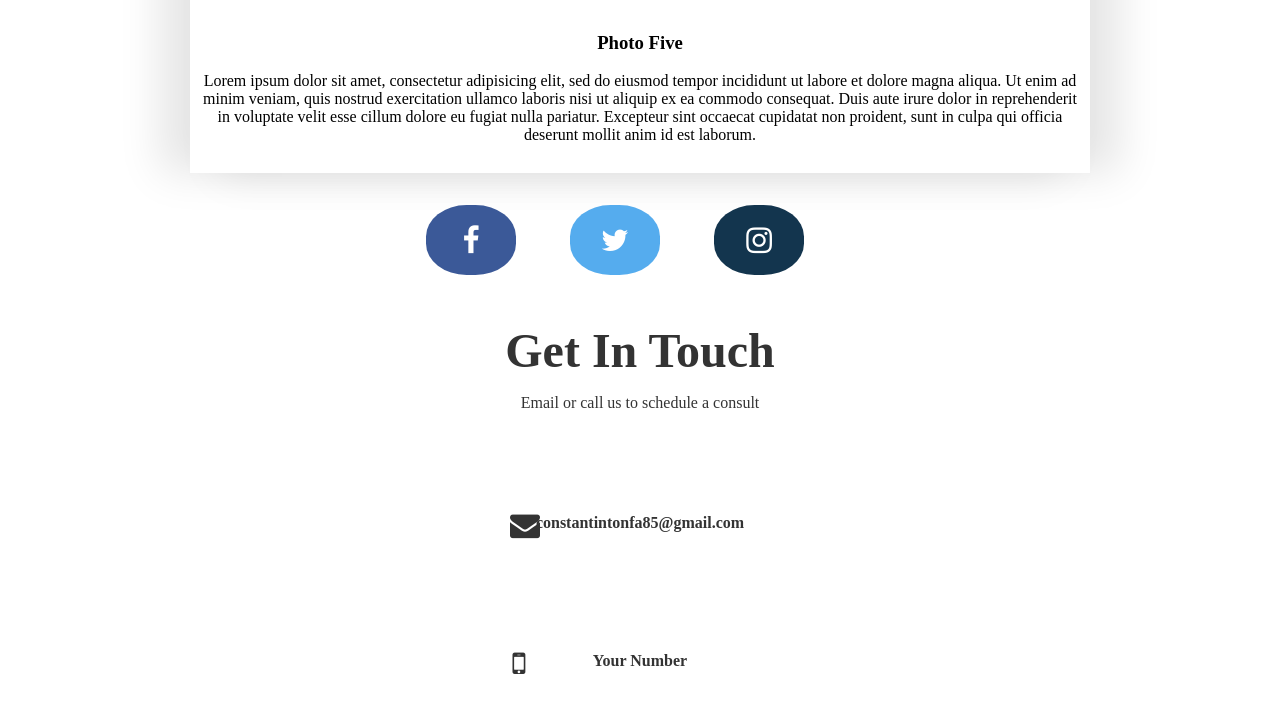
Repository: konstantin0s/mobile-photography
Page: index.html
The author's editor kept a copy of each file at every save. The page is drawn from the files as they stood at one save, then again after the next save.
The browser window is 1280 px wide. The pictures show the part of the page from y = 4062 to 4806 px (the page is 4788 px tall before and 4806 px after).

Above is the page before, as saved 2019-05-16 20:18:18.

### index.html
<!DOCTYPE html>
<html lang="en" dir="ltr">
  <head>
    <meta charset="utf-8">
    <meta name="viewport" content="width=device-width, initial-scale=1.0">
    <meta http-equiv="X-UA-Compatible" content="ie=edge">
    <link rel="stylesheet" href="https://cdnjs.cloudflare.com/ajax/libs/font-awesome/4.7.0/css/font-awesome.min.css">
    <link rel="stylesheet" href="css/style.css">

    <title>Mobile Photography</title>
  </head>
  <body>
<main>
  <div id="landing" class="">
    <div id="landing-text" class="">
      <div id="landing-text-inner" class="">
       <img id="logo" src="img/logos.png" />
       <h1>Photography</h1>
        <a href="#images" class="btn" id="view-work">
          View Work
        </a>
      </div>
    </div>
    <div id="landing-image" class="">

    </div>
  </div>

  <div id="images" class="">
<div id="header">
  <h2>Our Work</h2>
</div>
<img src="https://source.unsplash.com/1600x900/?nature,water" alt="">
<div class="caption">
  <h3>Photo One</h3>
  <p>
    Lorem ipsum dolor sit amet, consectetur adipisicing elit, sed do eiusmod tempor incididunt ut labore et dolore magna aliqua. Ut enim ad minim veniam, quis nostrud exercitation ullamco laboris nisi ut aliquip ex ea commodo consequat. Duis aute irure dolor in reprehenderit in voluptate velit esse cillum dolore eu fugiat nulla pariatur. Excepteur sint occaecat cupidatat non proident, sunt in culpa qui officia deserunt mollit anim id est laborum.

  </p>
</div>

<img src="https://source.unsplash.com/1600x900/?nature,clouds" alt="">
<div class="caption">
  <h3>Photo Two</h3>
  <p>
    Lorem ipsum dolor sit amet, consectetur adipisicing elit, sed do eiusmod tempor incididunt ut labore et dolore magna aliqua. Ut enim ad minim veniam, quis nostrud exercitation ullamco laboris nisi ut aliquip ex ea commodo consequat. Duis aute irure dolor in reprehenderit in voluptate velit esse cillum dolore eu fugiat nulla pariatur. Excepteur sint occaecat cupidatat non proident, sunt in culpa qui officia deserunt mollit anim id est laborum.

  </p>
</div>

<img src="https://source.unsplash.com/1600x900/?nature,animals" alt="">
<div class="caption">
  <h3>Photo Three</h3>
  <p>
    Lorem ipsum dolor sit amet, consectetur adipisicing elit, sed do eiusmod tempor incididunt ut labore et dolore magna aliqua. Ut enim ad minim veniam, quis nostrud exercitation ullamco laboris nisi ut aliquip ex ea commodo consequat. Duis aute irure dolor in reprehenderit in voluptate velit esse cillum dolore eu fugiat nulla pariatur. Excepteur sint occaecat cupidatat non proident, sunt in culpa qui officia deserunt mollit anim id est laborum.

  </p>
</div>

<img src="https://source.unsplash.com/1600x900/?nature,trees" alt="">
<div class="caption">
  <h3>Photo Four/h3>
  <p>
    Lorem ipsum dolor sit amet, consectetur adipisicing elit, sed do eiusmod tempor incididunt ut labore et dolore magna aliqua. Ut enim ad minim veniam, quis nostrud exercitation ullamco laboris nisi ut aliquip ex ea commodo consequat. Duis aute irure dolor in reprehenderit in voluptate velit esse cillum dolore eu fugiat nulla pariatur. Excepteur sint occaecat cupidatat non proident, sunt in culpa qui officia deserunt mollit anim id est laborum.

  </p>
</div>

<img src="https://source.unsplash.com/1600x900/?nature,flowers" alt="">
<div class="caption">
  <h3>Photo Five</h3>
  <p>
    Lorem ipsum dolor sit amet, consectetur adipisicing elit, sed do eiusmod tempor incididunt ut labore et dolore magna aliqua. Ut enim ad minim veniam, quis nostrud exercitation ullamco laboris nisi ut aliquip ex ea commodo consequat. Duis aute irure dolor in reprehenderit in voluptate velit esse cillum dolore eu fugiat nulla pariatur. Excepteur sint occaecat cupidatat non proident, sunt in culpa qui officia deserunt mollit anim id est laborum.

  </p>
</div>

  </div>

</main>

<footer>
   <div class="socialIcon">
      <a href="#" class="fa fa-facebook"></a>
    <a href="#" class="fa fa-twitter"></a>
    <a href="#" class="fa fa-instagram"></a>
   </div>

  <h3>Get In Touch</h3>
  <p>Email or call us to schedule a consult</p>
 <div class="container">
    <i class="fa fa-envelope fa-5x" aria-hidden="true"></i
      ><p><strong>constantintonfa85@gmail.com</strong>
    </p> <br />
    <i class="fa fa-mobile fa-5x" aria-hidden="true"></i>
     <p> <strong>Your Number</strong></p>
 </div>
</footer>
<script
src="https://code.jquery.com/jquery-3.3.1.min.js"
integrity="sha256-FgpCb/KJQlLNfOu91ta32o/NMZxltwRo8QtmkMRdAu8="
crossorigin="anonymous"></script>
<script type="text/javascript" src="js/main.js">

</script>
  </body>
</html>

### css/style.css
import url('https://fonts.googleapis.com/css?family=Open+Sans');

body {
  font-family: 'Open Sans', sans-serif;
  margin: 0;
  background-color: #eee;
  height: auto;
}

h1{
  font-weight: 400;
  font-size: 2.5rem;
  text-transform: uppercase;
  margin: 0;
  border-bottom: 1px solid black;
  top: -90px;
  position: relative;
}

h2 {
  font-weight: 400;
  font-size: 1.2rem;
  text-transform: capitalize;
  margin: 0;
}

img {
  display: block;
  width: 100%;
}

#logo {
  top: -80px;
  position: relative;
}

main {
  max-width: 900px;
  margin: auto;
  box-shadow: 30px 0px 40px rgba(0,0,0,0.1), -30px 0px 40px rgba(0,0,0,0.1);
}

#landing {
  background: #fff;
  }

#landing-text {
display: flex;
flex: 0 1 40vw;
height: 50vh;
justify-content: center;
align-items: center;
text-align: center;
padding-right: 1rem;
padding-left: 1rem;
}

#landing-text h2 {
  color: #888;
}
.btn {
  padding: 0.5rem 2rem;
  border: 1px #ccc solid;
  display: inline-block;
  margin: 2rem 0 0;
  border-radius: 50px;
  text-decoration: none;
  color: #333;
  transition: background 500ms ease;
}

#landing-image {
  background: url(https://source.unsplash.com/De8wMYoSSBc);
  background-position: center;
  background-size: cover;
  background-repeat: no-repeat;
  height: 50vh;
  flex: 0 1 60vw;
  margin: 0;
}

.btn:hover {
  background: #f4f4f4;
}

#header {
  padding: 1.5rem;
  text-align: center;
  background: #333;
  color: #fff;
}

#header h2 {
  border-left: dotted 1px #fff;
  border-right: dotted 1px #fff;
display: inline-block;
padding-right: 1rem;
padding-left: 1rem;
}

.caption {
  padding: 0.8rem;
  text-align: center;
}

footer {
  text-align: center;
  padding: 2rem 1rem;
  margin: auto;
  color: #333;
}

footer h3 {
  font-size: 3rem;
  margin-bottom: 0;
}

.fa {
  padding: 20px;
  margin-right: 50px;
  font-size: 30px;
  width: 50px;
  text-align: center;
  text-decoration: none;
  border-radius: 45%;
}

/* Add a hover effect if you want */
.fa:hover {
  opacity: 0.7;
}

/* Set a specific color for each brand */

/* Facebook */
.fa-facebook {
  background: #3B5998;
  color: white;
}

/* Twitter */
.fa-twitter {
  background: #55ACEE;
  color: white;
}

/* Instagram */
.fa-instagram {
  background: rgb(19, 53, 78);
  color: white;
}

/* Email & Phone*/

.fa-envelope {
  position: relative;
  left:-90px;
 top: 62px;
}

.fa-mobile {
  position: relative;
  left:-96px;
 top: 62px;
}

.container {
  display: flex;
 flex-direction: column;
 justify-content: space-evenly;
 align-items: center;
}

/* Screen size 500px and up*/
@media(min-width: 500px) {
  #landing {
    display: flex;
    height: 100%;
  }
  #landing-text {
    height: 100vh;
  }
  #landing-image {
    height: 100vh;
  }
}

/* Screen size 700px and up*/
@media(min-width: 700px) {
  .btn {
    padding: 1rem 3rem;
  }
}

/* Screen size 500px and up*/
@media(max-width: 500px) {
  .btn {
    padding: 1rem 3rem;
  }


  #logo {
    display: flex;
    width: 200px;
    height: 150px;
    flex-direction: column;
    top: -30px;
    position: relative;
  }

  h1 {

    flex-direction: column;
    top: -20px;
  font-size: 28px;
  border-bottom: 1px solid black;
  }

  .fa {
    padding: 15px;
    margin-right: 80px;
    font-size: 50px;
    width: 35px;
    text-align: center;
    text-decoration: none;
    border-radius: 35%;
  }
  .socialIcon {
    display: flex;
    justify-content: space-around;
    flex-direction: row;
    width: 100%;

    position: relative;
    top: 20px;
    left: 40px;
  }


}

### js/main.js
//animate smooth scroll
$('#view-work').on('click', function() {
  const images = $('#images').position().top;

  $('html, body').animate({
    scrollTop: images
  }, 900)
});

After the next save:
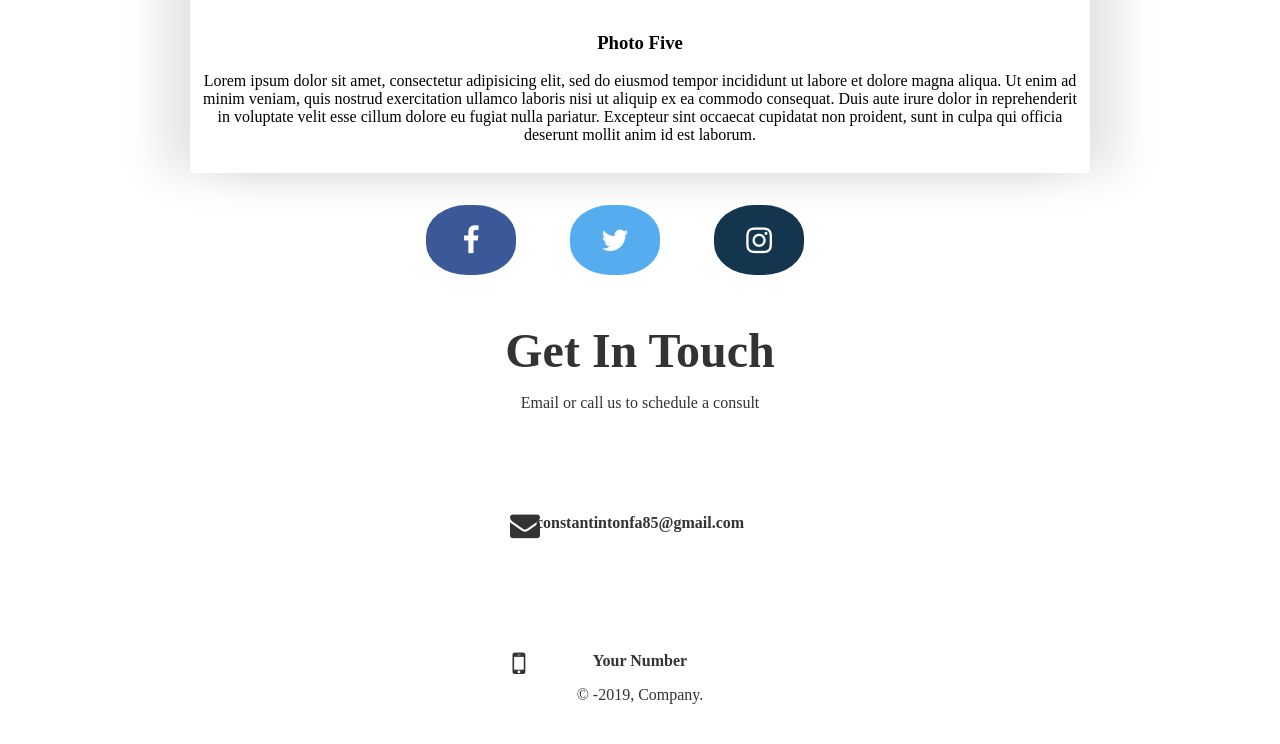
Saved 2 min 49 s later.
--- a/index.html
+++ b/index.html
@@ -95,6 +95,7 @@
     <i class="fa fa-mobile fa-5x" aria-hidden="true"></i>
      <p> <strong>Your Number</strong></p>
  </div>
+ &copy; <script>new Date().getFullYear()>2010&&document.write("-"+new Date().getFullYear());</script>, Company.
 </footer>
 <script
 src="https://code.jquery.com/jquery-3.3.1.min.js"
